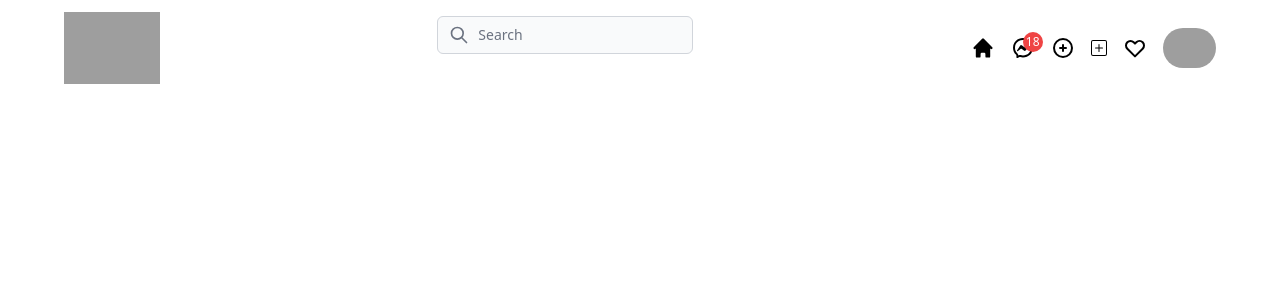
Repository: SehajBindra/insta--clone
Page: /
The author's editor kept a copy of each file at every save. The page is drawn from the files as they stood at one save, then again after the next save.
The browser window is 1280 px wide. The pictures show the whole page.
Pictures or frames that could not be fetched are drawn as grey boxes. The project was rebuilt for these pictures with package versions that can differ from the ones it lists, and the page was loaded fresh each time. The framework's server and built-in components were replaced by stand-ins that run in the browser. Also part of the build but not shown: next.config.js.

Above is the page before, as saved 2022-04-11 02:38:39.

### pages/index.js
import Head from 'next/head'
import Image from 'next/image'
import Header from '../components/Header'
import styles from '../styles/Home.module.css'

export default function Home() {
  return (
    <div className={styles.container}>
      <Head>
        <title>Instagram</title>
        <meta name="description" content="Generated by create next app" />
        <link rel="icon" href="https://upload.wikimedia.org/wikipedia/commons/thumb/a/a5/Instagram_icon.png/600px-Instagram_icon.png" />

      </Head>
      <Header />

    </div>
  )
}

### styles/globals.css
@tailwind base;
@tailwind components;
@tailwind utilities;


@layer components {
  .navBtn {
    @apply hidden h-6 md:inline-flex cursor-pointer hover:scale-125 transition-all duration-150 ease-out
  }
}

### components/Header.js
import React from "react";
import Image from "next/image";
import { RiMessengerLine } from "react-icons/ri";
import { BsPlusSquare } from "react-icons/bs";

import {
    SearchIcon,
    PlusCircleIcon,
    UserGroupIcon,
    HeartIcon,
    PaperAirplaneIcon,
    MenuIcon
} from "@heroicons/react/outline"
import {HomeIcon } from "@heroicons/react/solid";

function Header() {
  return (
    <div>
      <div className="flex justify-between max-w-6xl mx-5 xl:mx-auto ">
        <div className="relative hidden lg:inline-grid w-24 h-24">
          <Image
            src="https://links.papareact.com/ocw"
            layout="fill"
            objectFit="contain"
          />
        </div>

        <div className=" relative w-10 h-10  lg:hidden flex-shrink-0 cursor-pointer">
          <Image
            src="https://links.papareact.com/jjm"
            layout="fill"
            objectFit="contain"
          />
        </div>

        {/* Middle Search Input Field */}
        <div className=" max-w-xs">
        <div className=" relative mt-1 p-3 rounded-md ">
            <div className=" absolute inset-y-3  pl-3 flex items-center pointer-events-none ">
             <SearchIcon  className="h-5  w-5 text-gray-500" />
            </div>
            <input className="bg-gray-50 block w-full pl-10 sm:text-sm border-gray-300  focus:ring-black  focus:border-black rounded-md" type="text" placeholder="Search" />

        </div>
        </div>
       {/* Right side */}
       <div className="flex items-center  justify-end space-x-4">
       <HomeIcon className=" navBtn" />
       <MenuIcon className=" h-6 md:hidden cursor-pointer " />
       <div className=" relative navBtn ">
       <RiMessengerLine className="h-6 w-6" />
       <div className=" absolute -top-1 -right-2  text-xs w-5 h-5 bg-red-500  rounded-full flex items-center  justify-center animate-pulse text-white ">18</div>
       </div>

       <PlusCircleIcon  className="navBtn"/>
       <BsPlusSquare className="navBtn"/>
       <HeartIcon     className="navBtn"  />

       <img className="h-10 rounded-full  cursor-pointer" src="https:links.papareact.com/3ke" alt="profile pic"  />
       </div>
      </div>
    </div>
  );
}

export default Header;

### tailwind.config.js
module.exports = {
  content: ["./pages/**/*.{js,ts,jsx,tsx}",
  "./components/**/*.{js,ts,jsx,tsx}",],
  theme: {
    extend: {},
  },
  plugins: [require("@tailwindcss/forms")],
}

Loaded but not shown: pages/_app.js (common file); styles/Home.module.css (common file)

After the next save:
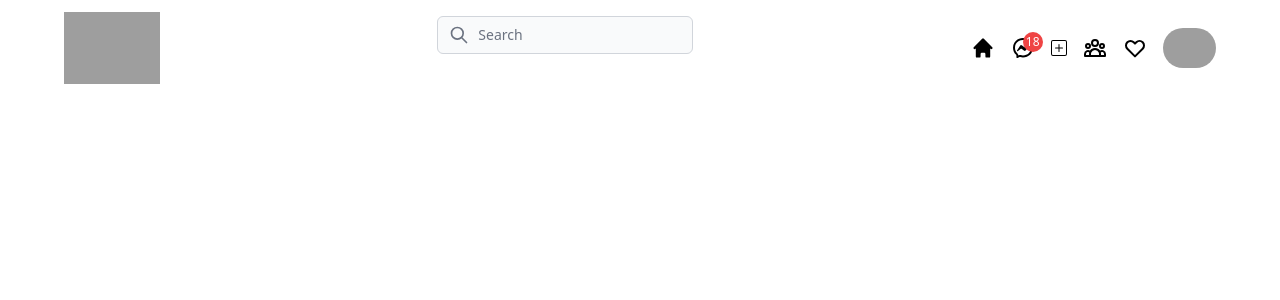
Saved 16 s later.
--- a/components/Header.js
+++ b/components/Header.js
@@ -52,8 +52,8 @@
        <div className=" absolute -top-1 -right-2  text-xs w-5 h-5 bg-red-500  rounded-full flex items-center  justify-center animate-pulse text-white ">18</div>
        </div>
 
-       <PlusCircleIcon  className="navBtn"/>
-       <BsPlusSquare className="navBtn"/>
+       <BsPlusSquare  className="navBtn"/>
+       <UserGroupIcon className="navBtn"/>
        <HeartIcon     className="navBtn"  />
 
        <img className="h-10 rounded-full  cursor-pointer" src="https:links.papareact.com/3ke" alt="profile pic"  />
